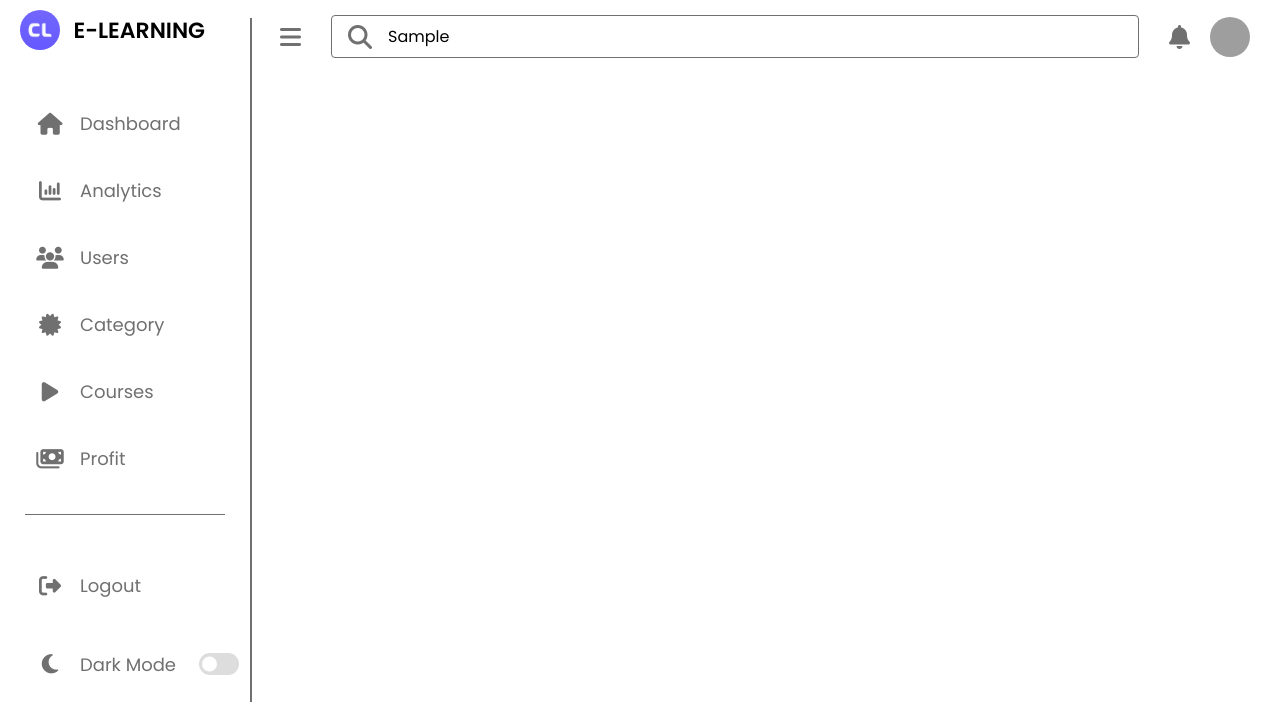
Repository: phamngocthang/practice-html-css
Page: Admin/dist/index.html
An editor plug-in stored every save of this project. The page is shown before and after the next save, followed by the edit.
The browser window is 1280 px wide. The pictures show the whole page.
Empty fields were first filled with sample values (such as "Sample", 5 or name@example.com).
After loading, the first visible `i.fa-bars` was clicked once.
Pictures or frames that could not be fetched are drawn as grey boxes. The style sheet was rebuilt from its Sass, Less or Tailwind sources for each picture, by a compiler version that may differ from the author's.

Above is the page before, as saved 2023-10-25 01:09:53.

### Admin/dist/index.html
<!DOCTYPE html>
<html lang="en">
<head>
    <meta charset="UTF-8">
    <meta name="viewport" content="width=device-width, initial-scale=1.0">
    <title>Document</title>
    <link rel="stylesheet" href="style/main.css">
    <link rel="stylesheet" href="https://cdnjs.cloudflare.com/ajax/libs/font-awesome/6.4.2/css/all.min.css" integrity="sha512-z3gLpd7yknf1YoNbCzqRKc4qyor8gaKU1qmn+CShxbuBusANI9QpRohGBreCFkKxLhei6S9CQXFEbbKuqLg0DA==" crossorigin="anonymous" referrerpolicy="no-referrer" />
</head>
<body>
    <nav>
        <div class="logo">
            <div class="logo__image">
                <img src="/Images/logo.png" alt="">
            </div>

            <span class="logo__name">
                E-LEARNING
            </span>
        </div>

        <div class="menu">
            <ul class="menu__link">
                <li class="menu__link__item"><a href="#">
                    <i class="fa-solid fa-house"></i>
                    <span>Dashboard</span>
                </a></li>
                <li class="menu__link__item"><a href="#">
                    <i class="fa-solid fa-chart-column"></i>
                    <span>Analytics</span>
                </a></li>
                <li class="menu__link__item"><a href="#">
                    <i class="fa-solid fa-users"></i>
                    <span>Users</span>
                </a></li>
                <li class="menu__link__item"><a href="#">
                    <i class="fa-solid fa-certificate"></i>
                    <span>Category</span>
                </a></li>
                <li class="menu__link__item"><a href="#">
                    <i class="fa-solid fa-play"></i>
                    <span>Courses</span>
                </a></li>
                <li class="menu__link__item"><a href="#">
                    <i class="fa-solid fa-money-bills"></i>
                    <span>Profit</span>
                </a></li>
            </ul>

            <ul class="menu__link">
                <li class="menu__link__item"><a href="#">
                    <i class="fa-solid fa-right-from-bracket"></i>
                    <span>Logout</span>
                </a></li>

                <li class="menu__link__item menu__link__item--darkmode"><a href="#">
                    <i class="fa-solid fa-moon"></i>
                    <span>Dark Mode</span>
                    <div class="menu__toggle">
                        <span class="menu__switch"></span>
                    </div>
                </a></li>
            </ul>
        </div>
    </nav>

    <section class="dashboard">
        <div class="top">
            <i class="fa-solid fa-bars top__bar"></i>
            <div class="top__search-box">
                <i class="fa-solid fa-magnifying-glass"></i>
                <input type="text" placeholder="Search here...">
            </div>
            <div class="top__image">
                <i class="fa-solid fa-bell bell"></i>
                <img src="/Images/avatar.jpg" alt="">
            </div>
        </div>
    </section>

    <script src="script.js">

    </script>
</body>
</html>

### Admin/dist/script.js
const body = document.querySelector("body");
const modeTogger = document.querySelector(".menu__toggle");
const sideBar = body.querySelector("nav")
const sideBarToggle = body.querySelector(".top__bar");

modeTogger.addEventListener("click", () => {
    body.classList.toggle("dark")
})

sideBarToggle.addEventListener("click", () => {
    sideBar.classList.toggle("close");
})

### Admin/scss/main.scss
@import url('https://fonts.googleapis.com/css2?family=Poppins:wght@200;300;400;500;600&display=swap');
@import 'variables';
* {
    margin: 0;
    padding: 0;
    box-sizing: border-box;
    font-family: 'Poppins', sans-serif;
}

body {
    --primary-color: #{$primary-color};
    --panel-color: #{$panel-color};
    --text-color: #{$text-color};
    --black-light-color: #{$black-light-color};
    --border-color: #{$border-color};
    --toggle-color: #{$toggle-color};
    --box1-color: #{$box1-color};
    --box2-color: #{$box2-color};
    --box3-color: #{$box3-color};
    --title-icon-color: #{$title-icon-color};
    min-height: 100vh;
    background-color: var(--primary-color);
}

body.dark {
    --primary-color: #3A3B3C;
    --panel-color: #242526;
    --text-color: #FFF;
    --black-light-color: #CCC;
    --border-color: #4D4C4C;
    --toggle-color: #FFF;
    --box1-color: #3A3B3C;
    --box2-color: #3A3B3C;
    --box3-color: #3A3B3C;
    --title-icon-color: #CCC;

    .menu__switch::before {
        left: 20px !important;
    }
}

nav {
    position: fixed;
    width: 250px;
    height: 100%;
    top: 0;
    left: 0;
    background-color: var(--panel-color);

    .logo {
        display: flex;
        justify-content: space-between;
        align-items: center;
        &__image {
            min-width: 45px;
            display: flex;
            align-items: center;

            img {
                width: 40px;
                border-radius: 50%;
                object-fit: cover;
            }

        }

        &__name {
            color: var(--text-color);
            font-weight: 600;
            font-size: 22px;
        }
        padding: 10px 45px 10px 20px;
    }

    .menu {
        height: 100%;
        padding: 30px 0px 30px 20px;
        position: relative;


        &::after {
            content: '';
            left: 50%;
            top: 63%;
            width: 80%;
            height: 0.5px;
            transform: translateX(-50%);
            background-color: var(--black-light-color);
            position: absolute;
        }

        &__link {
            list-style: none;
            display: flex;
            flex-direction: column;
            align-items: flex-start;


            &:nth-child(1) {
                height: 70%;
            }


            &__item {
                padding: 20px 0;

                a {
                    text-decoration: none;
                    color: var(--black-light-color);
                    font-size: 18px;
                    display: flex;
                    align-items: center;
                    position: relative;
                    transition: 0.4 ease all;

                    i {
                        min-width: 60px;
                        text-align: center;
                        font-size: 22px;
                    }

                    span {
                        font-weight: 400;
                    }

                    &:hover {
                        color: var(--primary-color);

                        &::before {
                            content: '';
                            width: 5px;
                            height: 5px;
                            border-radius: 50%;
                            background-color: var(--primary-color);
                            position: absolute;
                            transition: 0.4 ease all;
                        }
                    }
                }
            }

            &__item--darkmode {
                display: flex;
                align-items: center;


                .menu__toggle {
                    margin-left: 20px;
                    height: 50px;
                    min-width: 45px;
                    display: flex;
                    align-items: center;
                    justify-content: center;

                    .menu__switch {
                        display: inline-block;
                        border-radius: 25px;
                        position: relative;
                        height: 22px;
                        width: 40px;
                        background-color: var(--toggle-color);

                        &::before {
                            content: '';
                            width: 15px;
                            height: 15px;
                            position: absolute;
                            background-color: var(--title-icon-color);
                            border-radius: 50%;
                            left: 3px;
                            top: 50%;
                            transform: translateY(-50%);
                            transition: $tran-03;
                        }
                    }
                }
            }
        }
    }

    .close {
        width: 73px;
    }
}

.dashboard {
    background-color: var(--panel-color);
    width: calc(100% - 250px);
    left: 250px;
    min-height: 100vh;
    position: relative;
    padding: 15px 30px 40px;

    &::before {
        content: '';
        width: 2px;
        height: 95%;
        background-color: var(--black-light-color);
        left: 0;
        top: 50%;
        transform: translateY(-50%);
        position: absolute;
    }

    .top {
        height: 10%;
        display: flex;
        align-items: center;
        justify-content: space-between;

        i {
            font-size: 24px;
            color: var(--black-light-color);

        }

        &__bar {
            cursor: pointer;
        }

        &__search-box {
            flex: 1;
            width: 100%;
            padding: 8px;
            border-radius: 4px;
            border: 0.4px solid var(--black-light-color);
            margin: 0 30px;
            display: flex;
            align-items: center;

            i {
                font-size: 24px;
                padding: 0 16px 0 8px;
                color: var(--black-light-color);
            }

            input {
                font-size: 16px;
                outline: none;
                border: none;
                height: 100%;
                width: 100%;
                background-color: transparent;
            }
        }

        &__image {
            margin: 0 20p;
            display: flex;
            align-items: center;

            .bell {
                cursor: pointer;
                margin-right: 20px;
            }

            img {
                cursor: pointer;
                width: 40px;
                height: 40px;
                object-fit: cover;
                border-radius: 50%;
            }
        }
    }
}

### Admin/scss/_variables.scss
/* ===== Colors ===== */
$primary-color: #0E4BF1;
$panel-color: #FFF;
$text-color: #000;
$black-light-color: #707070;
$border-color: #e6e5e5;
$toggle-color: #DDD;
$box1-color: #4DA3FF;
$box2-color: #FFE6AC;
$box3-color: #E7D1FC;
$title-icon-color: #fff;

/* ====== Transition ====== */
$tran-05: all 0.5s ease;
$tran-03: all 0.3s ease;
$tran-03: all 0.2s ease;

After the next save:
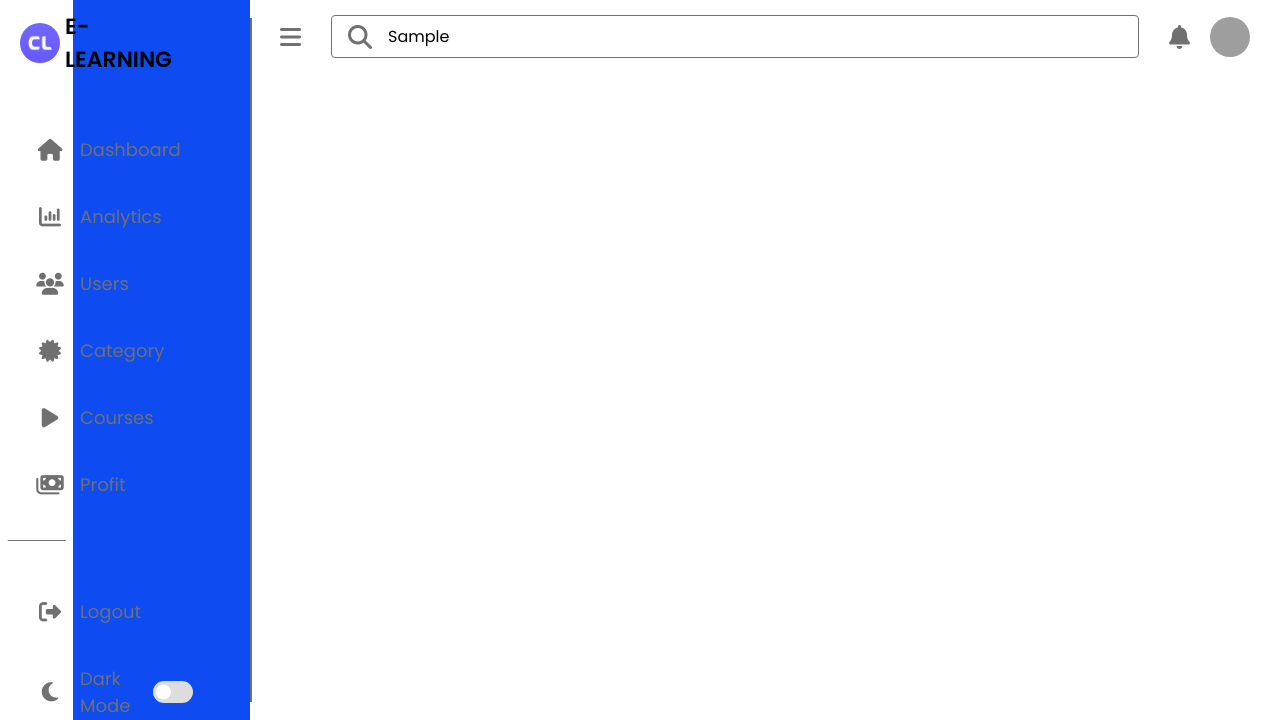
Saved 63 s later.
--- a/Admin/scss/main.scss
+++ b/Admin/scss/main.scss
@@ -178,9 +178,11 @@ nav {
         }
     }
 
-    .close {
-        width: 73px;
-    }
+
+}
+
+nav.close {
+    width: 73px;
 }
 
 .dashboard {
